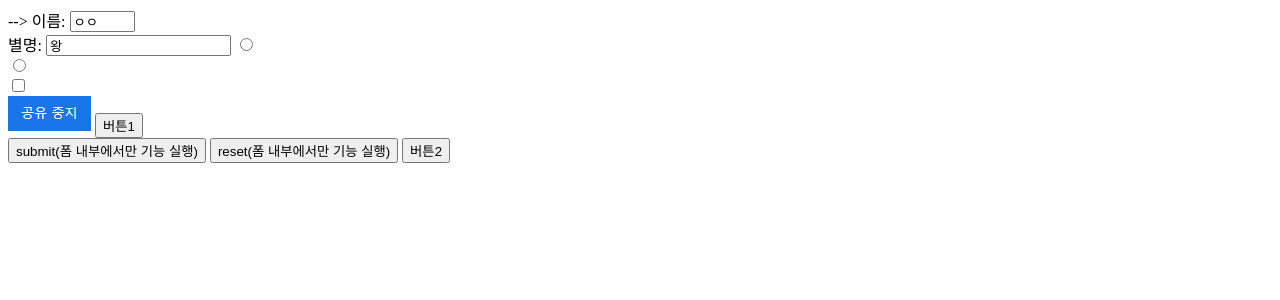
Repository: sunday1284/03_Web
Page: WebPro/src/main/webapp/1028/form요소.html
The author's editor kept a copy of each file at every save. The page is drawn from the files as they stood at one save, then again after the next save.
The browser window is 1280 px wide. The pictures show the whole page.

Above is the page before, as saved 2024-10-29 06:03:02.

### WebPro/src/main/webapp/1028/form요소.html
<!DOCTYPE html>
<html>
<head>
<meta charset="UTF-8">
<title>Insert title here</title>
</head>
<body>
<!-- <form action="요청을 보낼 서버페이지" method="데이터를 전송하는 방식(get/post)"></form> -->
	<form action="form.jsp" method="post">

		<!-- type=text는 기본적으로 생략 가능 -->
		<!-- 히든필드<input type="hidden" name="hddn" value="숨겨진값"> -->
 -->		이름: <input type="text" name="erum" value="ㅇㅇ"
 				 size="5" maxlength="5"> <br>
		별명: <input type="text" name="alias" value="왕">
				<!-- <input type = 'password'> <br> -->
				<input type = "radio" name ="gd" value="f"> <br>
				<input type = "radio" name ="gd" value="m"> <br>
				<input type = "checkbox"> <br>
	<!-- 				<input type = "file"> <br> -->



<!-- 		<input type="submit" value="서버로 정보 전송"> submit을 하면 action으로 감
-->		<!-- <input type ="button" value= "버튼 이름" onclick="btnClick()"> -->

		<input type="image" src="btn.PNG" alt = "이미지버튼">

		<!-- form내부의 button은 제출 기능을 갖는다 -->
		<!-- form내부의 button에 type-button 속성 정의시 제출 기능을 읽는다. -->
		<button type ="button">버튼1</button>
	</form>
		<input type="submit" value="submit(폼 내부에서만 기능 실행)">
		<input type = "reset" value="reset(폼 내부에서만 기능 실행)">
		<!-- form외부의 button은 기능이 없다(순수한 버튼) -->
		<button>버튼2</button>
	<script>
	//함수 정의
	function btnClick(){
		/* alert("잘 연결되는지 확인"); */
		// 서버페이지로 전송하는 기능 구현
		document.getElementsByTagName("form")[0].submit();
	}

	</script>
</body>
</html>

After the next save:
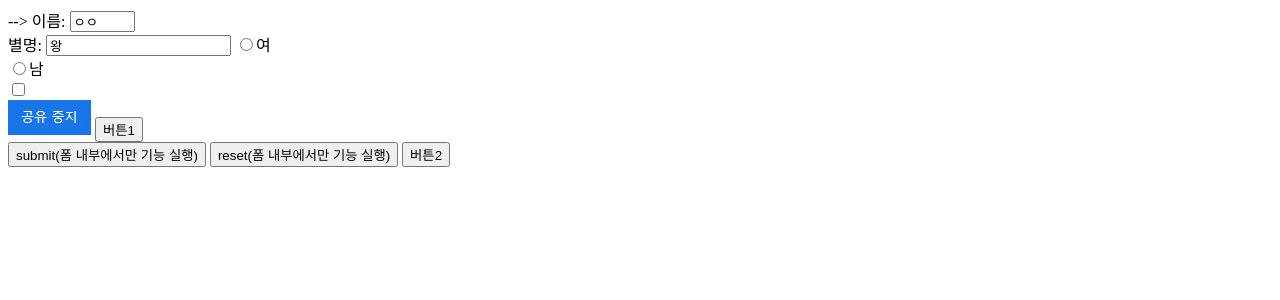
Saved 43 s later.
--- a/WebPro/src/main/webapp/1028/form요소.html
+++ b/WebPro/src/main/webapp/1028/form요소.html
@@ -14,8 +14,8 @@
  				 size="5" maxlength="5"> <br>
 		별명: <input type="text" name="alias" value="왕">
 				<!-- <input type = 'password'> <br> -->
-				<input type = "radio" name ="gd" value="f"> <br>
-				<input type = "radio" name ="gd" value="m"> <br>
+				<input type = "radio" name ="gd" value="f">여 <br>
+				<input type = "radio" name ="gd" value="m">남 <br>
 				<input type = "checkbox"> <br>
 	<!-- 				<input type = "file"> <br> -->
 
